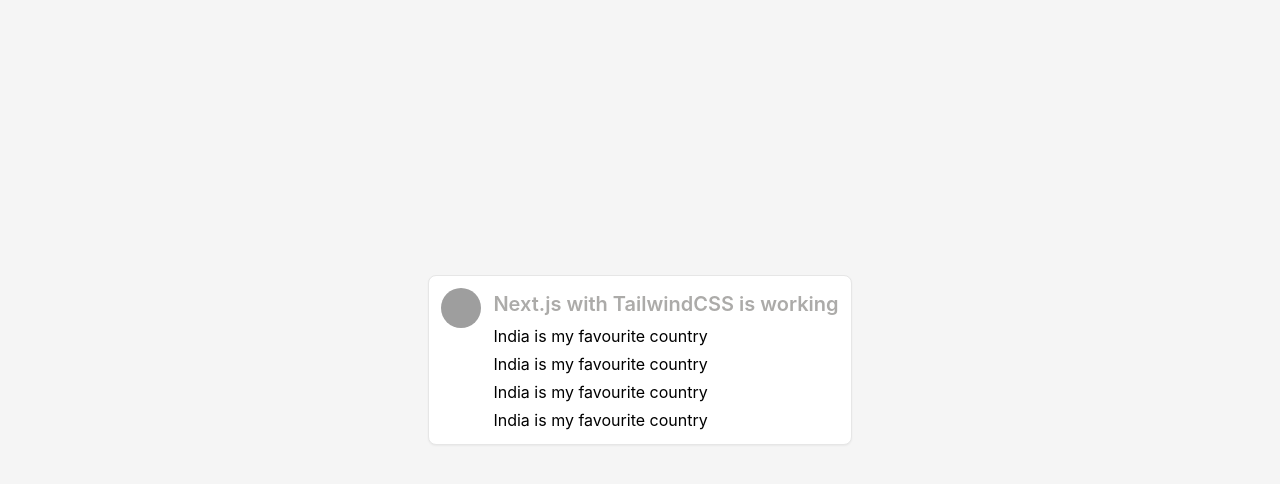
Repository: vignesh33654/resizablesidebar
Page: /
An editor plug-in stored every save of this project. The page is shown before and after the next save, followed by the edit.
The browser window is 1280 px wide. The pictures show the whole page.
The project was rebuilt for these pictures with package versions that can differ from the ones it lists, and the page was loaded fresh each time.

Above is the page before, as saved 2025-11-11 10:34:43.

### index.html
<!doctype html>
<html lang="en">
  <head>
    <meta charset="UTF-8" />
    <link rel="icon" type="image/svg+xml" href="/vite.svg" />
    <meta name="viewport" content="width=device-width, initial-scale=1.0" />
    <title>ai-app</title>
  </head>
  <body>
    <div id="root"></div>
    <script type="module" src="/src/main.tsx"></script>
  </body>
</html>

### src/index.css
@import "tailwindcss";

@theme {

  --color-text-Primary: #37352f;
  --color-text-Secondary: #898986;
  --color-text-Tertiary: #acaba9;
  --color-text-Disabled: #d5d5d4;
  --color-text-white: #ffffff;

  /* Border Colors */
  --color-border-Primary: #e6e6e6;

  /* Background Colors */
  --color-Bg-0: #ffffff;
  --color-Bg-1: #f5f5f5;
  --color-Bg-2: #f1f0f1;

  /* Primitive Colors */
  --color-color-primary: #0d99ff;
  --color-color-success: #14ae5c;
  --color-color-failure: #f24822;
  --color-color-warning: #ffcd29;

  /* Font Sizes */
  --font-size-h1: 30px;
  --font-size-h2: 24px;
  --font-size-h3: 20px;
  --font-size-body-16: 16px;
  --font-size-body-14: 14px;
  --font-size-body-13: 13px;
  --font-size-small-12: 12px;
  --font-size-small-11: 11px;
  --font-size-small-10: 10px;

  /* Line Heights */
  --line-height-h1: 40px;
  --line-height-h2: 32px;
  --line-height-h3: 32px;
  --line-height-body: 24px;
  --line-height-small: 16px;

  /* Shadows */
  --shadow-sm: 0 1px 2px #0000000d;
  --shadow-md: 0 4px 6px #0000001a;
  --shadow-lg: 0 10px 15px #00000026;

}

/* default css styles */
:root {
  font-family: inter, system-ui;
  background-color: #ffffff;

  font-synthesis: none;
  text-rendering: optimizeLegibility;
  -webkit-font-smoothing: antialiased;
  -moz-osx-font-smoothing: grayscale;

   h1 {
    font-size: var(--font-size-h1);
    line-height: var(--line-height-h1);
    letter-spacing: -2.1%;
    font-weight: 600;
  }

  h2 {
    font-size: var(--font-size-h2);
    line-height: var(--line-height-h2);
    letter-spacing: -1.9%;
    font-weight: 600;
  }

  h3 {
    font-size: var(--font-size-h3);
    line-height: var(--line-height-h3);
    letter-spacing: -1.7%;
    font-weight: 600;
  }

  p {
    font-size: var(--font-size-body-16);
    line-height: var(--line-height-body);
    letter-spacing: -1.1%;
    font-weight: 400;
  }

  text-color {
    --primary: var(--color-text-Primary);
    --secondary: var(--color-text-Secondary);
   --tertiary: var(--color-text-Tertiary);
   --disabled: var(--color-text-Disabled);
   --white: var(--color-text-white);
  }

  bg-color {
    --bg0: var(--color-Bg-0);
    --bg1: var(--color-Bg-1);
    --bg2: var(--color-Bg-2);
    --primary: var(--color-color-primary);
    --success: var(--color-color-success);
    --failure: var(--color-color-failure);
    --warning: var(--color-color-warning);
  }

  font-size {
    --h1: var(--font-size-h1);
    --h2: var(--font-size-h2);
    --h3: var(--font-size-h3);
    --body-16: var(--font-size-body-16);
    --body-14: var(--font-size-body-14);
    --body-13: var(--font-size-body-13);
    --small-12: var(--font-size-small-12);
    --small-11: var(--font-size-small-11);
    --small-10: var(--font-size-small-10);
  }

  border-color {
    --primary: var(--color-border-Primary);
  }
}

### src/App.tsx
const imgAvatar = "http://localhost:3845/assets/33bd599f3caa820c5ba115be2d1ef7b018f59693.svg";

export default function App() {
  return (
    <div className="min-h-screen bg-Bg-1 flex items-center justify-center p-8">
      <div className="bg-Bg-0 border border-border-Primary rounded-lg p-3 flex gap-3 max-w-[620px] shadow-sm">
        {/* Avatar */}
        <div className="shrink-0 w-10 h-10">
          <img
            alt="Avatar"
            className="w-full h-full rounded-full object-cover"
            src={imgAvatar}
          />
        </div>

        {/* Content */}
        <div className="flex flex-col gap-1">
          <h3 className="text-text-Tertiary">
            Next.js with TailwindCSS is working
          </h3>
          <div>
            <p> India is my favourite country </p>
          </div>
          <div>
            <p> India is my favourite country </p>
          </div>
          <div>
            <p> India is my favourite country </p>
          </div>
          <div>
            <p> India is my favourite country </p>
          </div>
        </div>
      </div>
    </div>
  )
}

Loaded but not shown: src/main.tsx (common file)

After the next save:
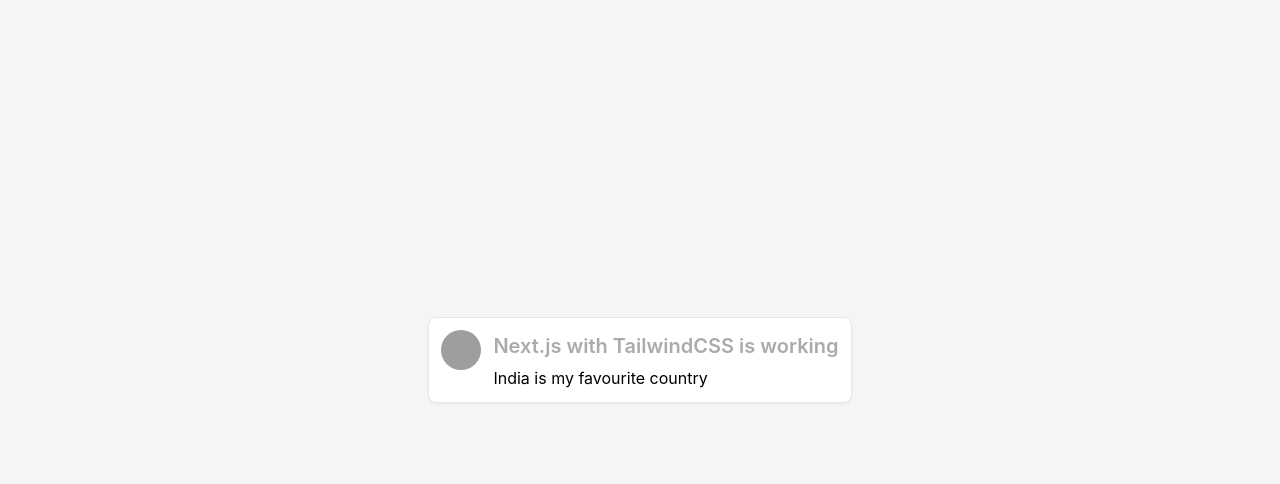
Saved 7 s later.
--- a/src/App.tsx
+++ b/src/App.tsx
@@ -21,15 +21,6 @@
           <div>
             <p> India is my favourite country </p>
           </div>
-          <div>
-            <p> India is my favourite country </p>
-          </div>
-          <div>
-            <p> India is my favourite country </p>
-          </div>
-          <div>
-            <p> India is my favourite country </p>
-          </div>
         </div>
       </div>
     </div>
